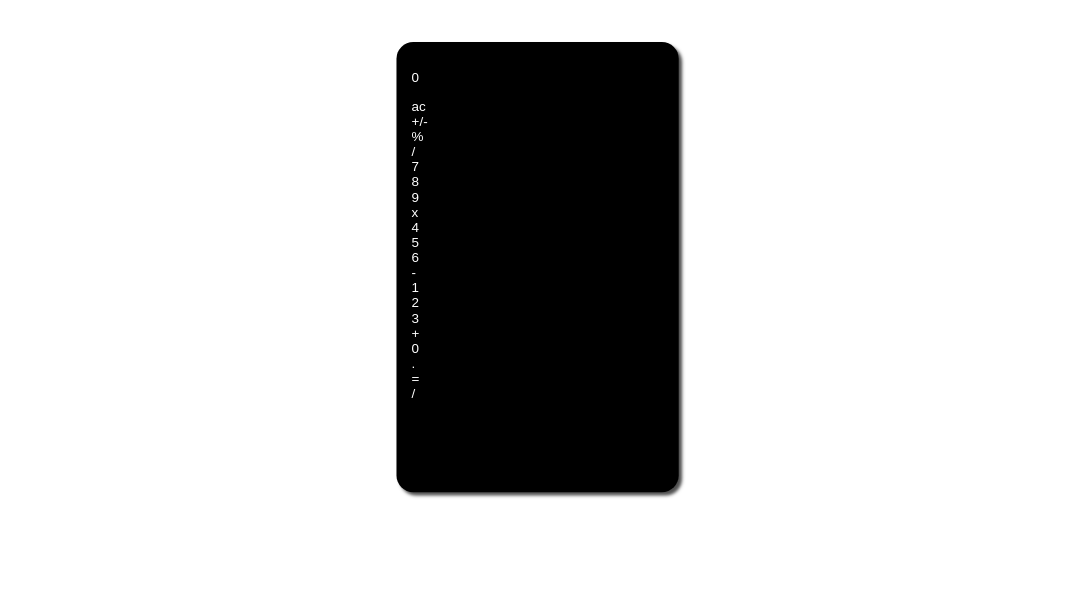
Repository: batonAnton/iphoneCalculator
Page: index.html
An editor plug-in stored every save of this project. The page is shown before and after the next save, followed by the edit.
The browser window is 1280 px wide. The pictures show the whole page, at 84% of full size.

Above is the page before, as saved 2022-03-09 17:41:45.

### index.html
<!DOCTYPE html>
<html lang="en">
<head>
    <meta charset="UTF-8">
    <meta http-equiv="X-UA-Compatible" content="IE=edge">
    <meta name="viewport" content="width=device-width, initial-scale=1.0">
    <title>Calculator</title>
    <link rel="stylesheet" href="style.css">
</head>
<body>
    <div class="calc">
        <div class="calc-screen">
            <p>0</p>
        </div>
        <div class="butons">
             <div class="btn ac bg-grey">ac</div>
             <div class="btn plus-minus bg-grey">+/-</div>
             <div class="btn percent bg-grey">%</div>
             <div class="btn division bg-orange">/</div>

             <div class="btn seven">7</div>
             <div class="btn eight">8</div>
             <div class="btn nine">9</div>
             <div class="btn multiply bg-orange">x</div>

             <div class="btn four">4</div>
             <div class="btn five">5</div>
             <div class="btn six">6</div>
             <div class="btn minus bg-orange">-</div>

             <div class="btn one">1</div>
             <div class="btn two">2</div>
             <div class="btn three">3</div>
             <div class="btn plus bg-orange ">+</div>

             <div class="btn zero">0</div>
             <div class="btn dot">.</div>
             <div class="btn equal bg-orange">=</div>
             <div class="btn">/</div>
        </div>
    </div>
</body>
</html>

### style.css
/*
colors
bg #000
orange #ff9501
grey #a6a6a6
white #fdfdfd
*/

.calc {
  margin: 50px auto;
  width: 300px;
  height: 500px;
  /* border: 1px solid#000;  */
  border-radius: 20px;
  background: #000;
  color: #fff;
  font-family: Arial, Helvetica, sans-serif;
  padding: 18px;
  box-shadow: 4px 4px 4px #4f4f4f;
}

After the next save:
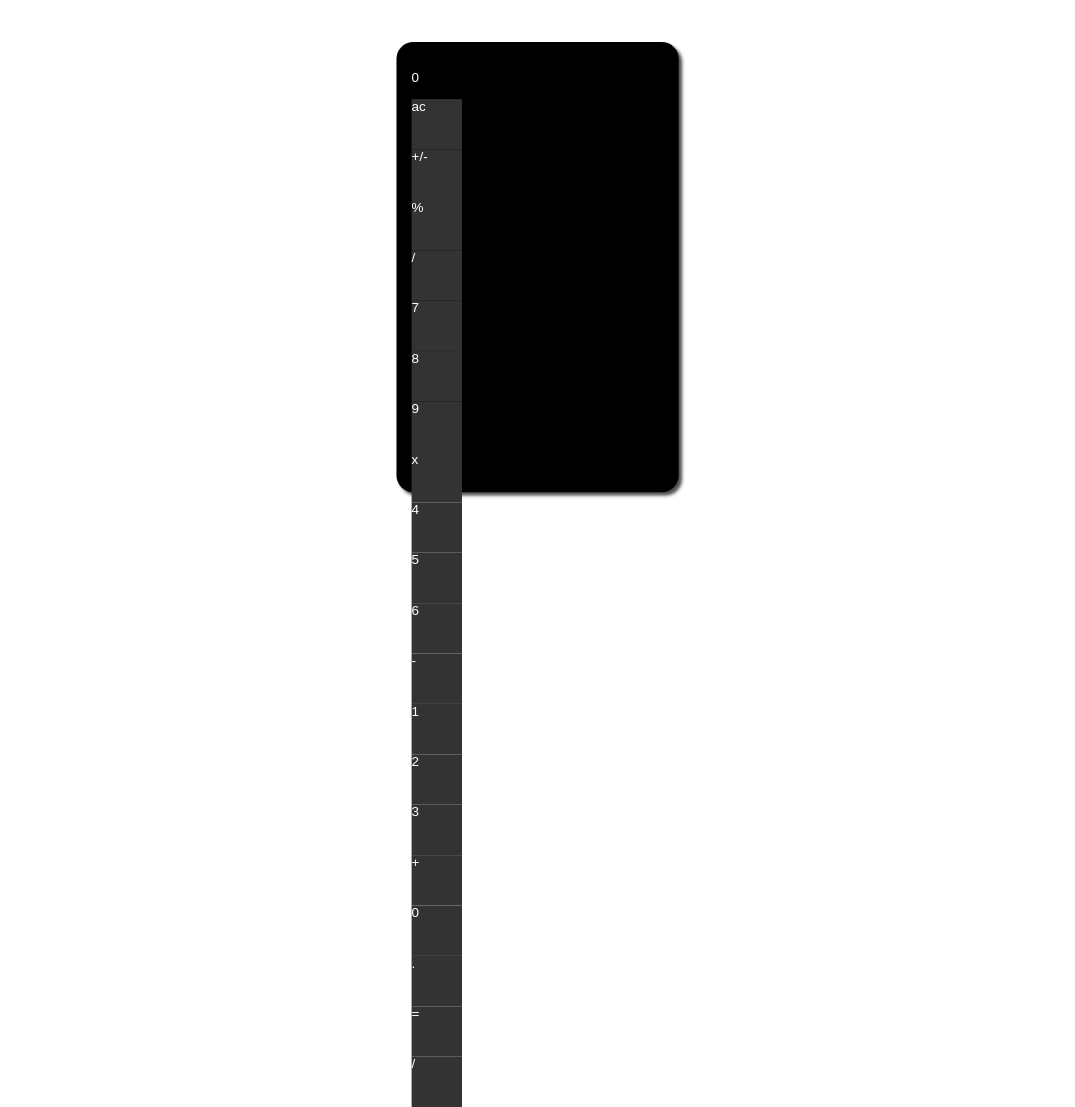
Saved 4 min 2 s later.
--- a/style.css
+++ b/style.css
@@ -18,3 +18,9 @@ white #fdfdfd
   padding: 18px;
   box-shadow: 4px 4px 4px #4f4f4f;
 }
+
+.btn{
+    width: 60px;
+    height: 60px;
+    background-color:#333 ;
+}
